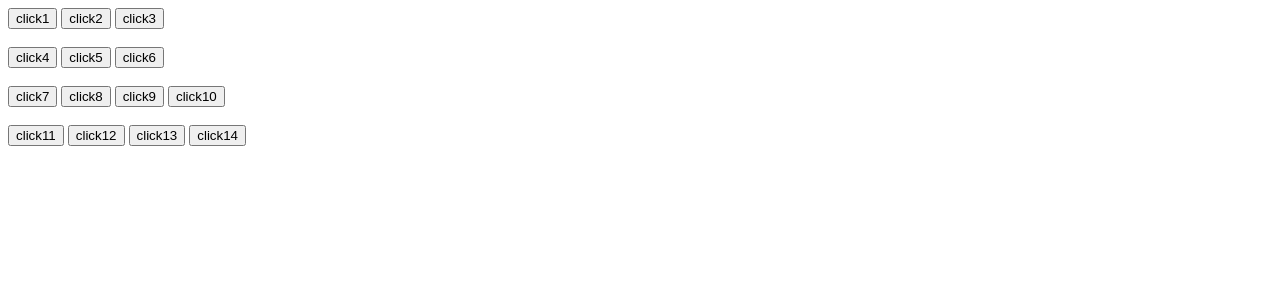
Repository: Jeong43/WebStudy
Page: JsonApp/WebContent/JsonTest07.html
An editor plug-in stored every save of this project. The page is shown before and after the next save, followed by the edit.
The browser window is 1280 px wide. The pictures show the whole page.

Above is the page before, as saved 2021-12-09 01:46:09.

After the next save:
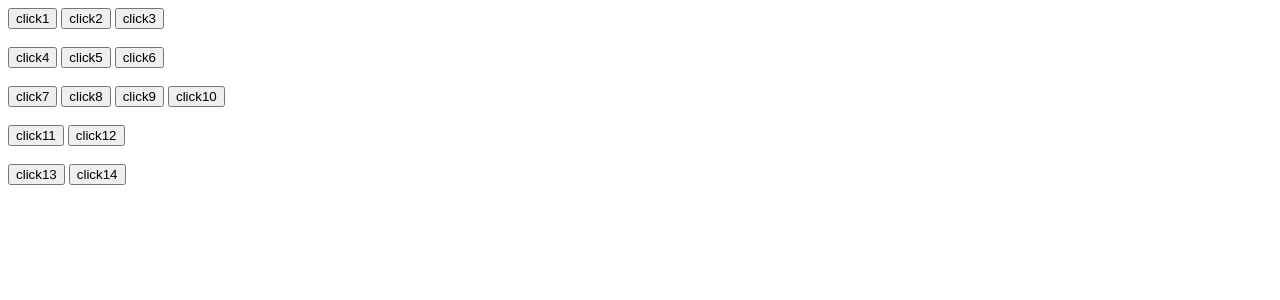
Saved 71 s later.
--- a/JsonApp/WebContent/JsonTest07.html
+++ b/JsonApp/WebContent/JsonTest07.html
@@ -66,10 +66,14 @@
 	<!-- → test1test2 -->
 
 	<input type="button" value="click12" onclick="alert(typeof (myJsonObj7_1[0] + myJsonObj7_1[1]))" />
+	<!-- → string -->
 
-	<input type="button" value="click13" onclick="alert(myJsonObj7_1[0] + myJsonObj7_1[1])" />
+	<br /><br />
 
-	<input type="button" value="click14" onclick="alert(myJsonObj7_1[0] + myJsonObj7_1[1])" />
+	<input type="button" value="click13" onclick="alert(myJsonObj7_2[2] + myJsonObj7_2[3])" />
+	<!-- → 247 -->
+
+	<input type="button" value="click14" onclick="alert(typeof (myJsonObj7_2[2] + myJsonObj7_2[3]))" />
 
 
 
